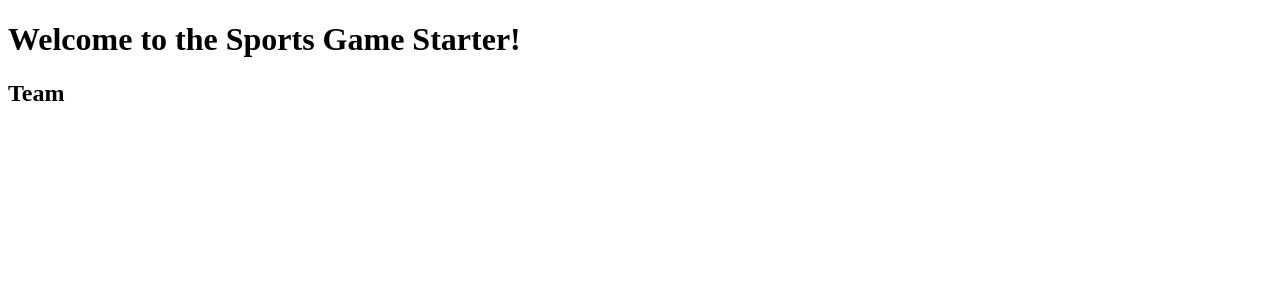
Repository: marcusmerrick/reactSportsGame
Page: index.html
These files come from the project's save history. The page is drawn as it stood at one moment and after a run of saves; the edit follows.
The browser window is 1280 px wide. The pictures show the whole page.
Some web libraries are served in a nearby version.

Above is the page before, as saved 2020-07-24 19:04:05.

### index.html
<!DOCTYPE html>
<html lang="en">
<head>
    <meta charset="UTF-8">
    <meta name="viewport" content="width=device-width, initial-scale=1.0">
    <title>Document</title>
</head>
<body>
    <div id='root'></div>
    <script crossorigin src="https://unpkg.com/react@16/umd/react.development.js"></script>
    <script crossorigin src="https://unpkg.com/react-dom@16/umd/react-dom.development.js"></script>
    <script crossorigin src="https://unpkg.com/babel-standalone@6/babel.min.js"></script>
    <script type="text/babel">


        class Team extends React.Component {
            constructor(props) {
                super(props);
                this.name = name
                this.logo = {path: "./"}
            }
            render(){
                return
                    <div>
                        <Team name="Sara"/>
                    </div>
            }
        }

        function App (props) {
            return (
                <div>
                <h1> Welcome to the Sports Game Starter!</h1>
                <h2> Team
                </h2>

                </div>
            )
        }

        ReactDOM.render(
            <App />,
            document.querySelector('#root')
        )
    </script>
</body>
</html>

After the next 3 saves:
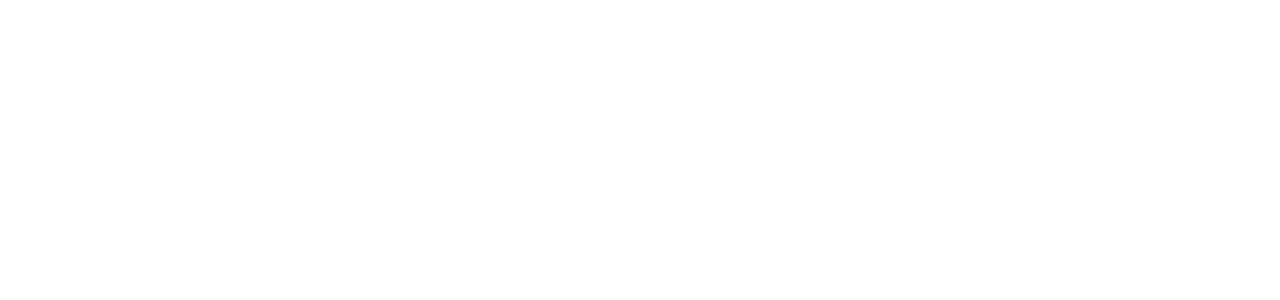
Console error (its wording comes from the project's code and is left out).
The 3 saves are shown as one change because they came seconds apart.
The last was saved 13 s later.
--- a/index.html
+++ b/index.html
@@ -31,7 +31,7 @@
             return (
                 <div>
                 <h1> Welcome to the Sports Game Starter!</h1>
-                <h2> Team
+                <h2> <Team />
                 </h2>
 
                 </div>

After the save that followed:
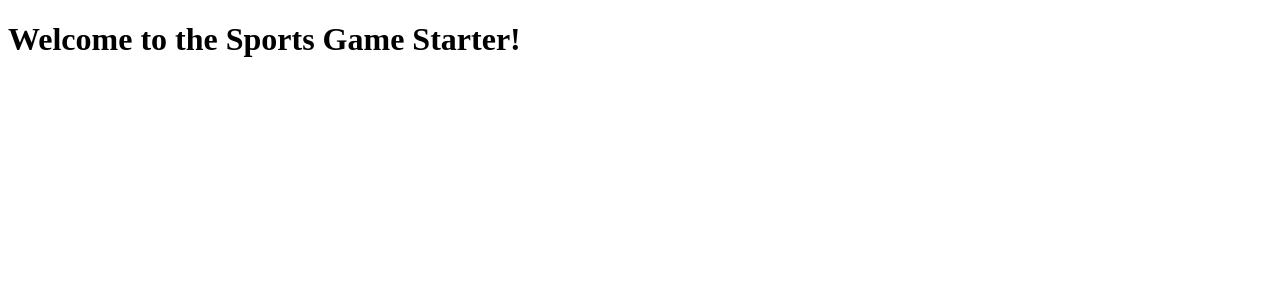
The error is gone.
Saved 12 s later.
--- a/index.html
+++ b/index.html
@@ -31,7 +31,7 @@
             return (
                 <div>
                 <h1> Welcome to the Sports Game Starter!</h1>
-                <h2> <Team />
+                <h2>
                 </h2>
 
                 </div>
